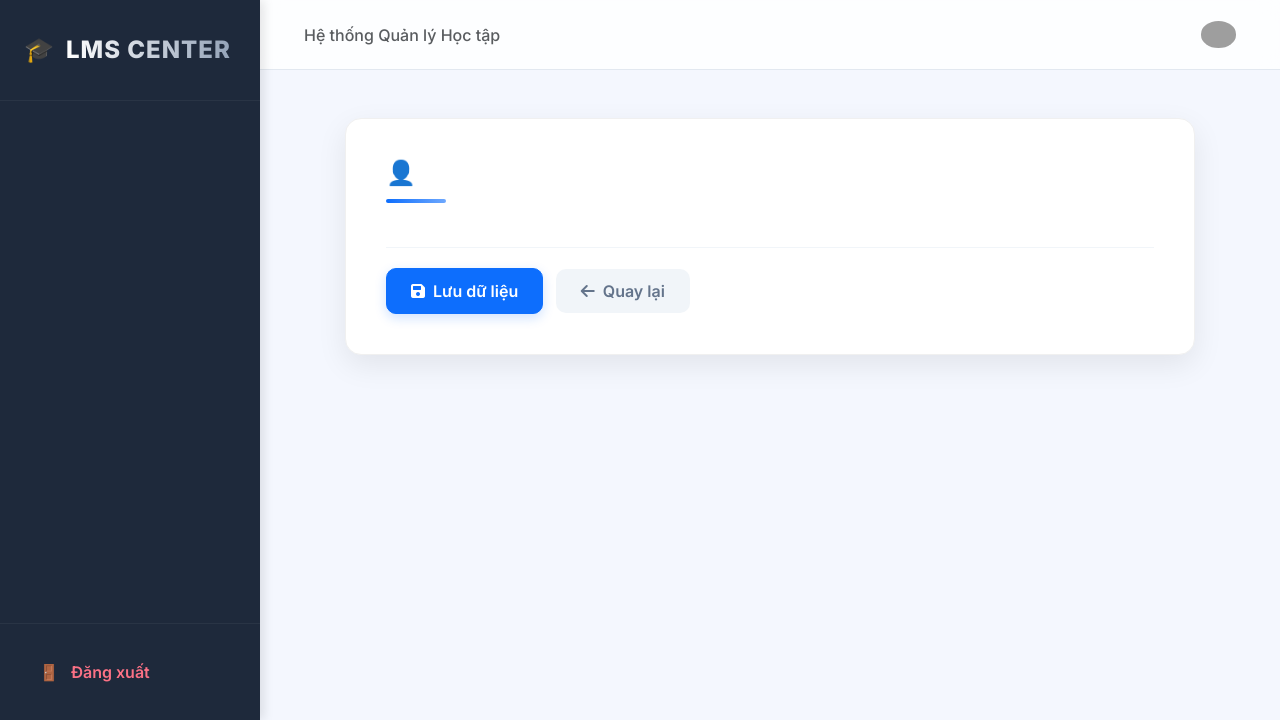
Repository: JiaHui2005/LMS_Django
Page: templates/manager/user_form.html
An editor plug-in stored every save of this project. The page is shown before and after the next save, followed by the edit.
The browser window is 1280 px wide. The pictures show the whole page.
Pictures or frames that could not be fetched are drawn as grey boxes. The page is served by the project's application, run on Django 5.2 (manage.py). The template is opened directly, without the code that normally fills it, so the values that code supplies are empty.

Above is the page before, as saved 2026-01-16 19:26:00.

After the next save:
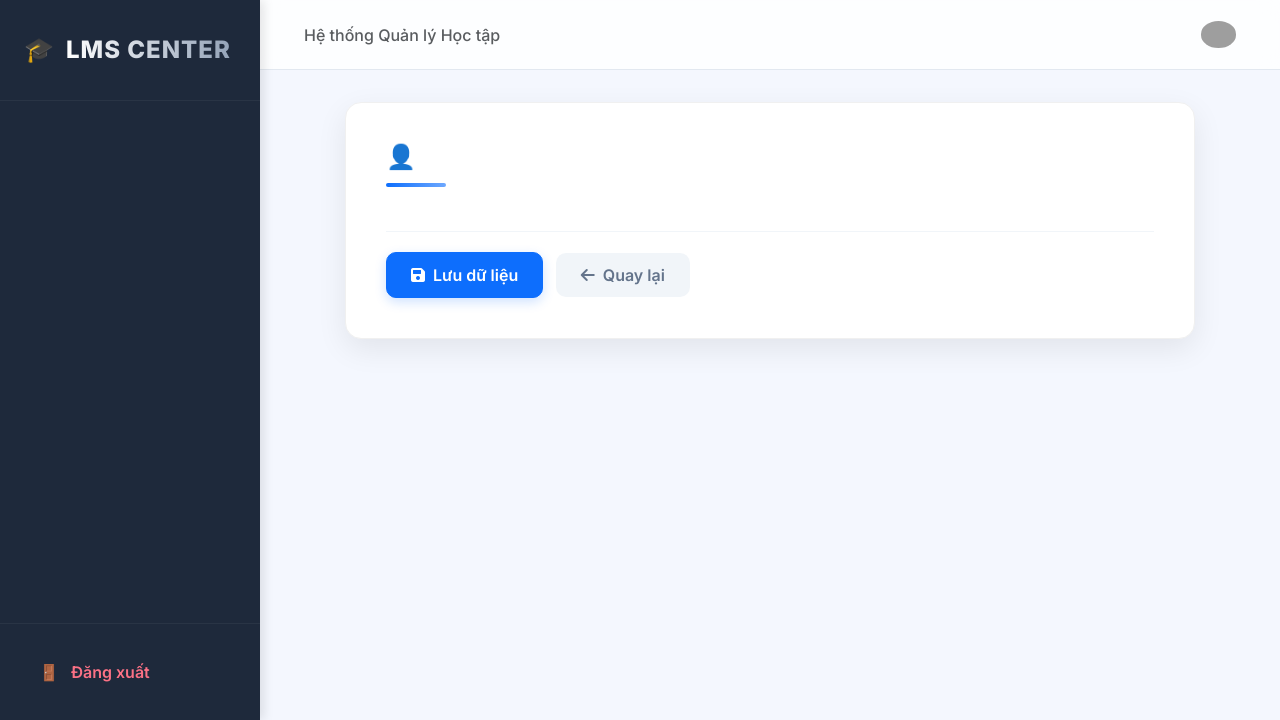
Saved 9 s later.
--- a/templates/manager/user_form.html
+++ b/templates/manager/user_form.html
@@ -10,7 +10,7 @@
         border-radius: 16px;
         box-shadow: 0 10px 30px rgba(0, 0, 0, 0.08);
         max-width: 850px;
-        margin: 1rem auto;
+        margin: 0 auto;
         border: 1px solid #f0f0f0;
     }
 
